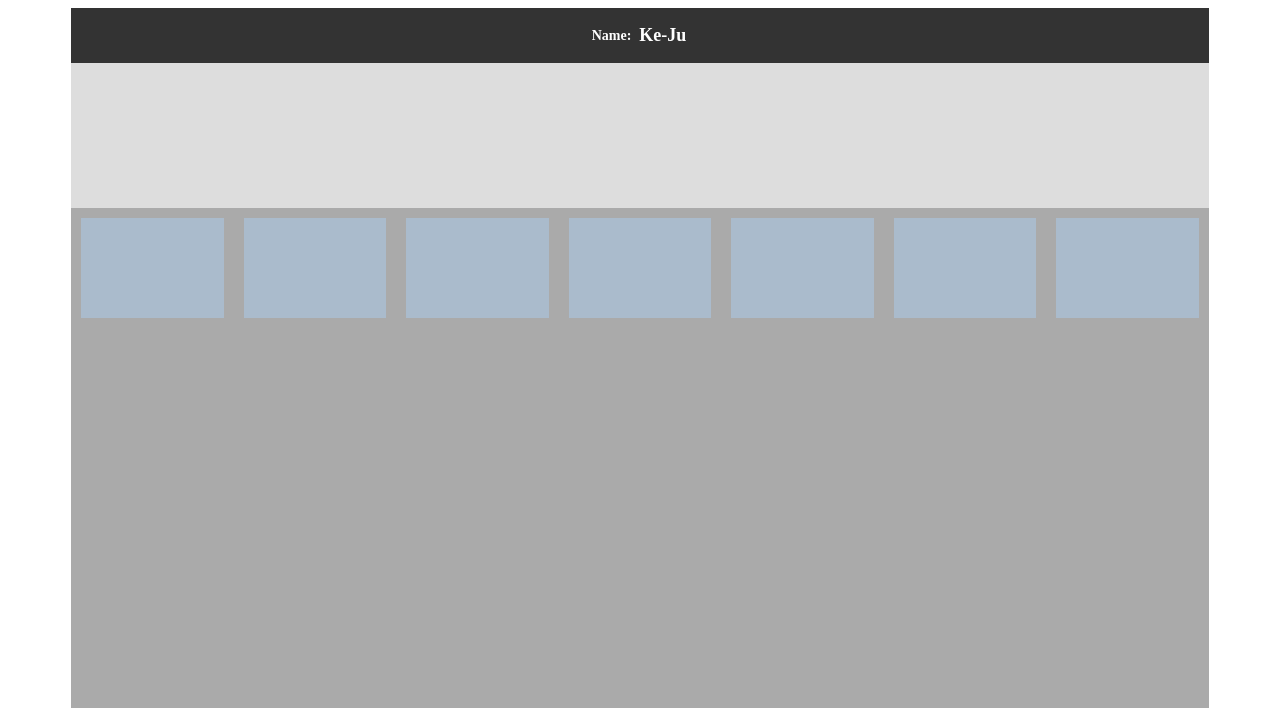
Repository: kerudai/mdiat3126nextapp
Page: /
The author's editor kept a copy of each file at every save. The page is drawn from the files as they stood at one save, then again after the next save.
The browser window is 1280 px wide. The pictures show the whole page.
The project was rebuilt for these pictures with package versions that can differ from the ones it lists, and the page was loaded fresh each time. The framework's server and built-in components were replaced by stand-ins that run in the browser.

Above is the page before, as saved 2020-09-29 16:15:35.

### pages/_app.js
import './app.scss';

function MyApp({ Component, pageProps }) {
  return <Component {...pageProps} />
}

export default MyApp

### pages/index.js
import Header from '../comps/Header';

export default function Home() {
  return (
    <div className="main">
      <div className="header">
        <Header />
      </div>
      <div className="contents">
        <div></div>
        <div></div>
        <div></div>
        <div></div>
        <div></div>
        <div></div>
        <div></div>
      </div>
    </div>
  )
}

### pages/app.scss


@import './index.scss';

### comps/Header/index.js
import React from 'react';
import styled, {css} from 'styled-components';

const HeadTitle = styled.h1`
    font-size: 18px;
    color: ${props=>props.color ? props.color : "#FFF"};
    padding: 5px;
    ${props=>props.highlight === true && css`
    background-color: #F5A;
    margin: 10px;
    `}
`;

const SubHeadTitle = styled(HeadTitle)`
    font-size: 14px;
    padding: 3px;
`;

const HeadBox = styled.div`
    background-color: #333;
    display: flex;
    align-items: center;
    justify-content: center;
`;

const Header = ({color, highlight}) => {
    return <HeadBox>
        <SubHeadTitle color={color}>Name: </SubHeadTitle>
        <HeadTitle highlight={highlight}>Ke-Ju</HeadTitle>
    </HeadBox>;
}

Header.defaultProps = {
    color: null,
    highlight: null
};

export default Header;

### pages/index.scss
.main {
    width: 90%;
    margin: auto;

    .header {
        min-height: 200px;
        background-color: #DDD;
    }

    .contents {
        min-height: 500px;
        display: flex;
        background-color: #AAA;
        flex-wrap: wrap;

        div {
            background-color: #ABC;
            flex: 1 0 100px;
            height: 100px;
            margin: 10px;
        }
    }
}

After the next save:
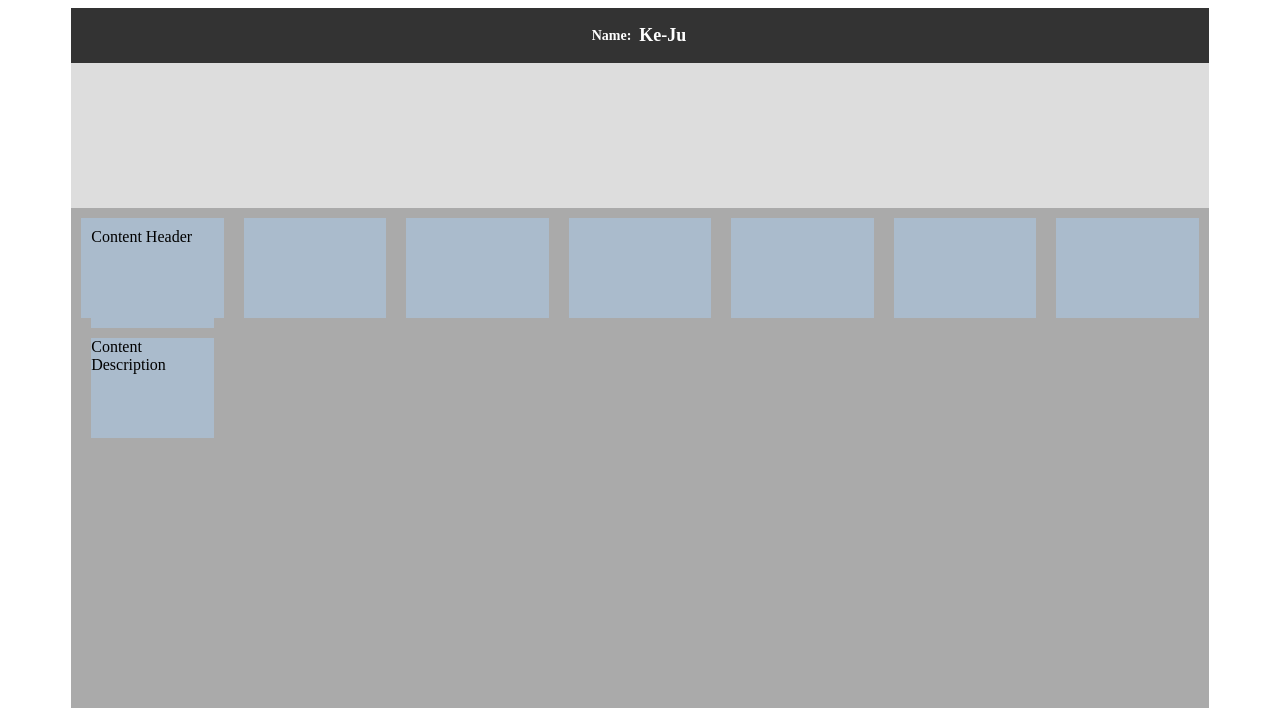
Saved 107 s later.
--- a/pages/index.js
+++ b/pages/index.js
@@ -7,7 +7,10 @@ export default function Home() {
         <Header />
       </div>
       <div className="contents">
-        <div></div>
+        <div>
+          <div>Content Header</div>
+          <div>Content Description</div>
+        </div>
         <div></div>
         <div></div>
         <div></div>
